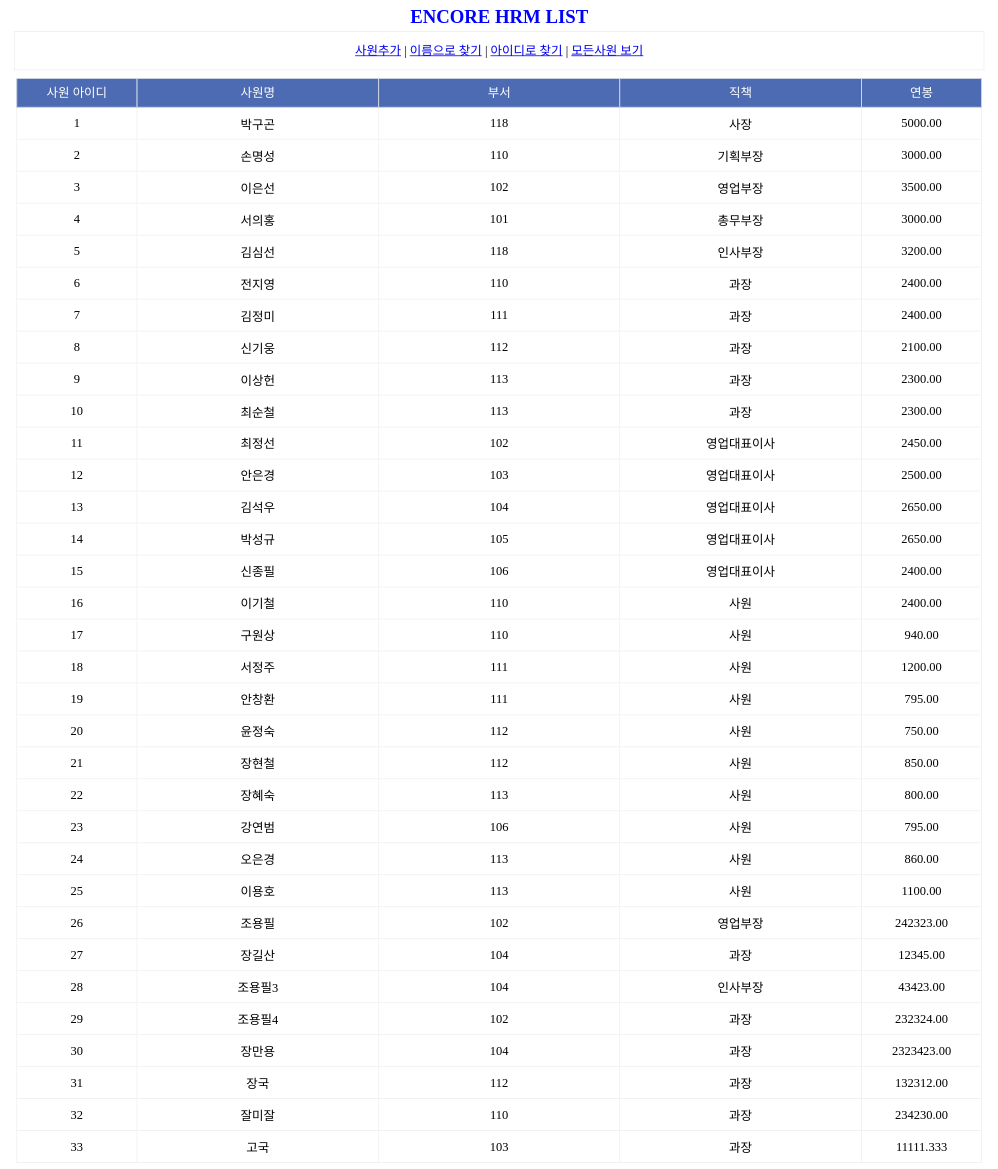
Repository: Migorithm/front_work
Page: front09_VUE/src/main/webapp/index01.html
The author's editor kept a copy of each file at every save. The page is drawn from the files as they stood at one save, then again after the next save.
The browser window is 1280 px wide. The pictures show the whole page, at 78% of full size.
Some web libraries are served in a nearby version.

Above is the page before, as saved 2021-09-09 06:05:40.

After the next save:
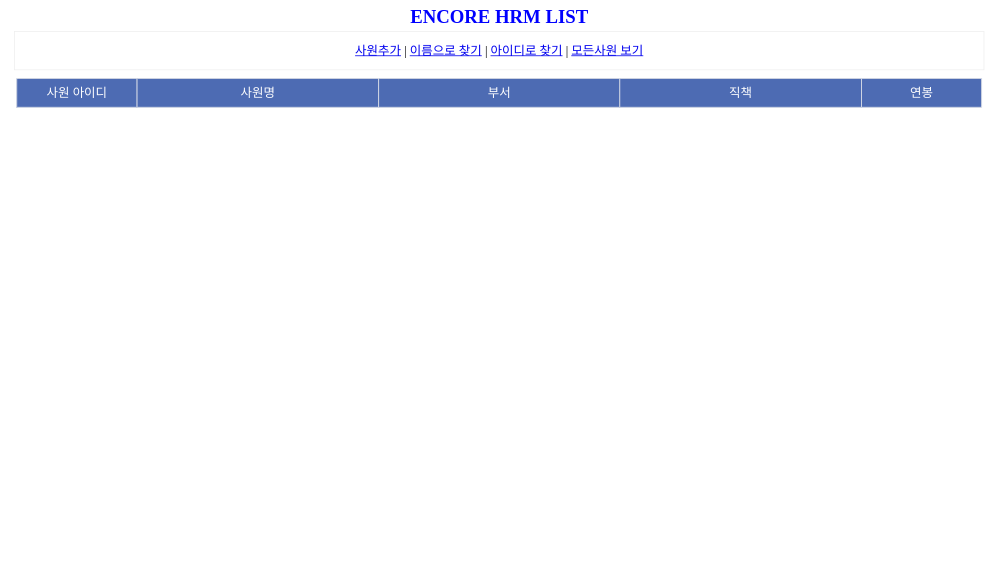
Saved 70 s later.
--- a/front09_VUE/src/main/webapp/index01.html
+++ b/front09_VUE/src/main/webapp/index01.html
@@ -29,7 +29,7 @@
   <th>연봉</th>
 </tr>
 </thead>
-<tbody>
+<tbody v-show="false">
 	<!--  여기에 <tr v-for -->
 	<tr v-for="emp in employee">
 		<td>{{emp.id}}</td><td>{{emp.name}}</td><td>{{emp.dept_id}}</td><td>{{emp.title}}</td><td v-if="Number.isInteger(emp.salary)">{{emp.salary | rounder}}</td><td v-else>{{emp.salary}}</td>
